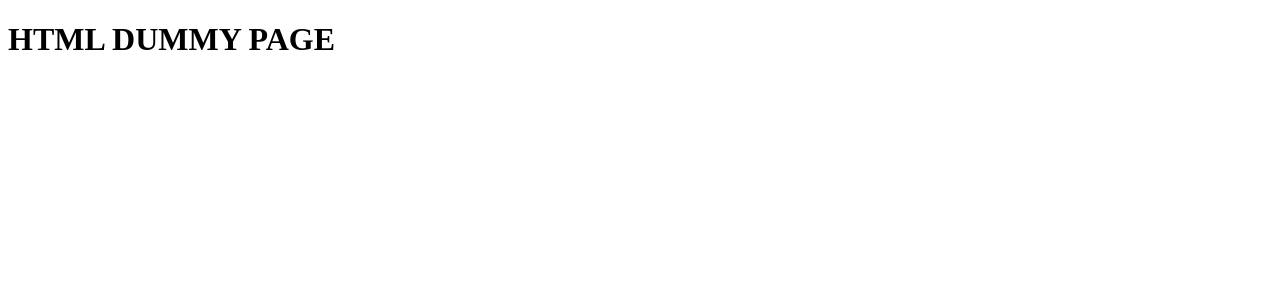
Repository: rs-software-engineering/payengineer-webui-customer-archetype
Page: webui-customer-archetype-1.0.00.00/src/main/resources/archetype-resources/src/main/resources/html/dummy.html
These files come from the project's save history. The page is drawn as it stood at one moment and after the next save; the edit follows.
The browser window is 1280 px wide. The pictures show the whole page.

Above is the page before, as saved 2021-04-04 23:39:20.
Console error: ReferenceError: helloWorldMessage is not defined

After the next save:
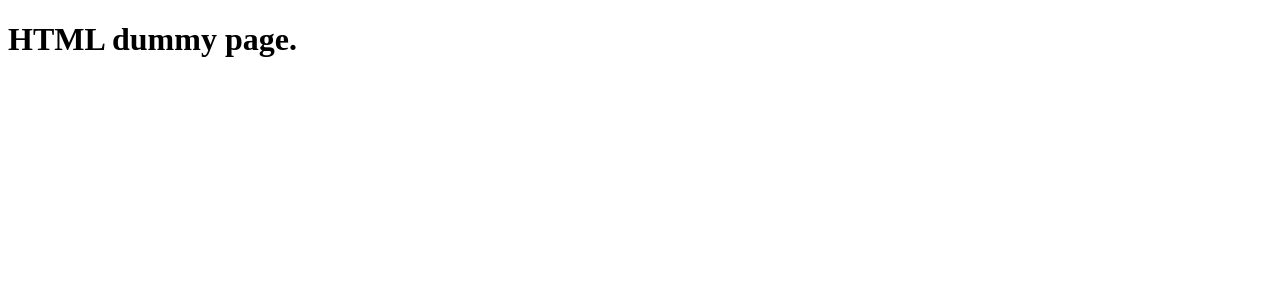
Saved 7 s later.
--- a/webui-customer-archetype-1.0.00.00/src/main/resources/archetype-resources/src/main/resources/html/dummy.html
+++ b/webui-customer-archetype-1.0.00.00/src/main/resources/archetype-resources/src/main/resources/html/dummy.html
@@ -6,6 +6,6 @@
 	</head>
 
 	<body onload="helloWorldMessage()">
-		<h1>HTML DUMMY PAGE</h1>
+		<h1>HTML dummy page.</h1>
 	</body>
 </html>
